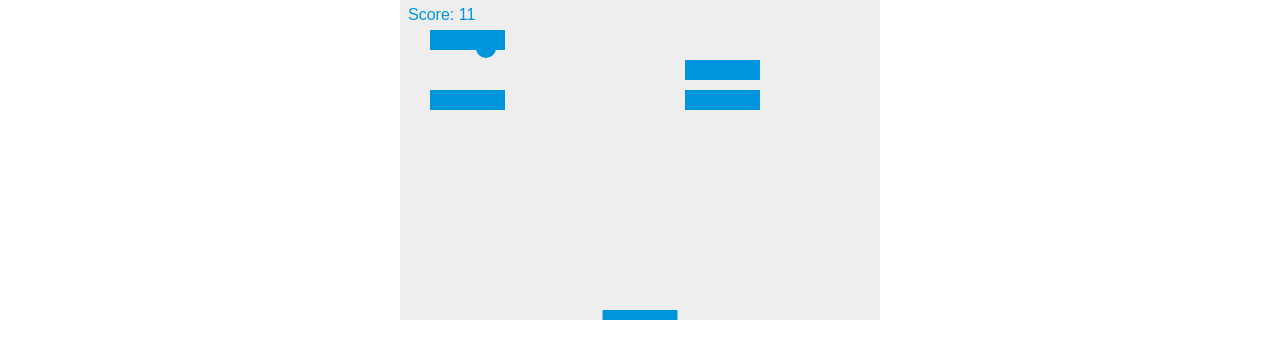
Repository: GoodHoneyCake/2D_breakout_game
Page: index.html
The author's editor kept a copy of each file at every save. The page is drawn from the files as they stood at one save, then again after the next save.
The browser window is 1280 px wide. The pictures show the whole page.

Above is the page before, as saved 2020-12-29 12:44:23.

After the next save:
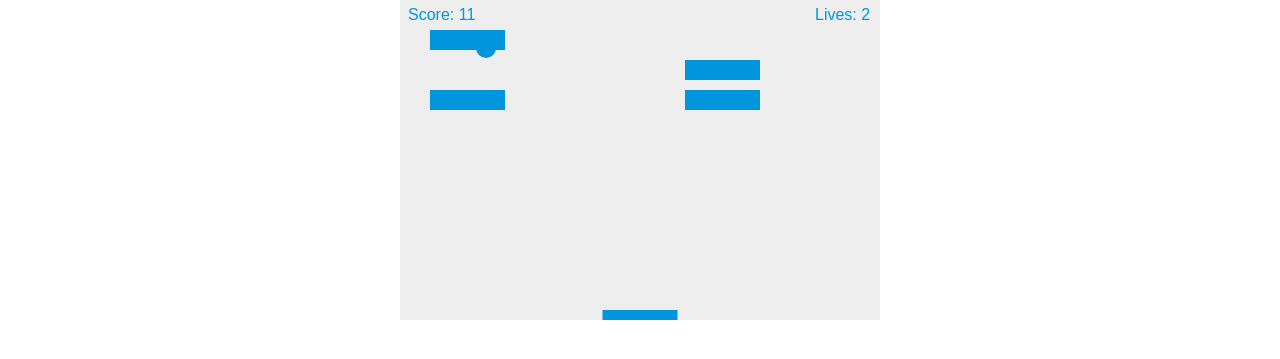
Saved 44 s later.
--- a/main.js
+++ b/main.js
@@ -149,7 +149,7 @@
   drawPaddle();
   drawScore();
   collisionDetection();
-
+  drawLives();
   x += dx;
   y += dy;
 
